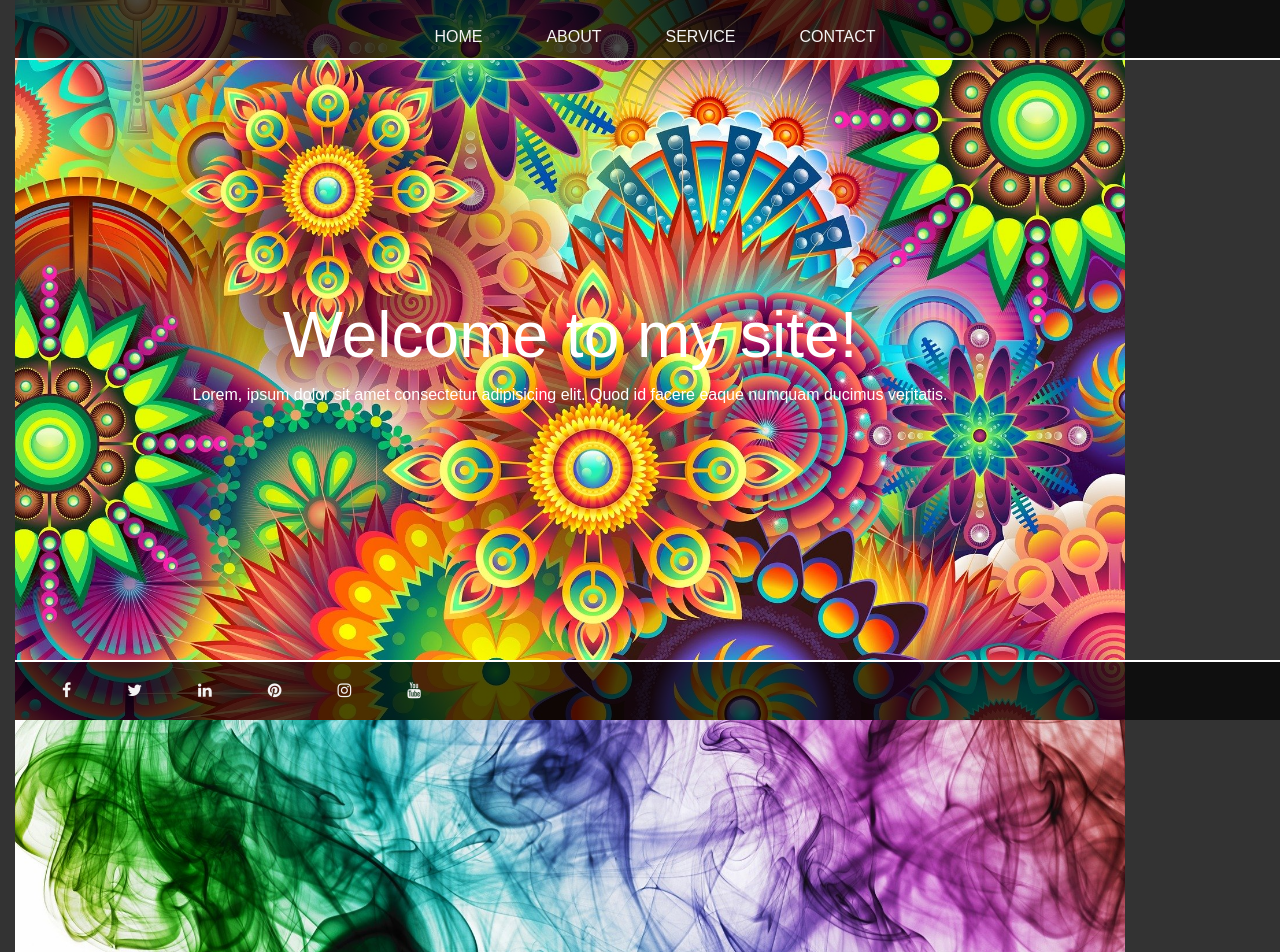
Repository: lemon-squeezy/milestone-project-1
Page: index.html
The author's editor kept a record of every edit. The page is drawn from the files as they stood at one moment, then again after the next edit.
The browser window is 1280 px wide. The pictures show the part of the page from y = 0 to 952 px (the page is 2880 px tall before and 720 px after).
An inner scrolling area shows only its first screen. Some web libraries are served in a nearby version.

Above is the page before.

### index.html
<!DOCTYPE html>
<html lang="en">
<head>
    <meta charset="UTF-8">
    <meta name="viewport" content="width=device-width, initial-scale=1.0">
    <title>Smooth Scroll Landing Page</title>
        <link rel="stylesheet" href="https://maxcdn.bootstrapcdn.com/bootstrap/4.2.1/css/bootstrap.min.css" type="text/css" />
    <link rel="stylesheet" href="https://maxcdn.bootstrapcdn.com/font-awesome/4.7.0/css/font-awesome.min.css" type="text/css" />
    <link rel="stylesheet" href="https://cdnjs.cloudflare.com/ajax/libs/hover.css/2.1.1/css/hover-min.css" type="text/css" />
    <link rel="stylesheet" href="style.css">
</head>
<body>
    <div class="row container no-gutters">
        <nav class="navbar col-12">
            <ul>
                <li><a href="#home">Home</a></li>
                <li><a href="#about">About</a></li>
                <li><a href="#service">Service</a></li>
                <li><a href="#contact">Contact</a></li>
            </ul>
        </nav>
        <section id="home"class="row no-gutters">
            <h1>Welcome to my site!</h1>
            <p>Lorem, ipsum dolor sit amet consectetur adipisicing elit. Quod id facere eaque numquam ducimus veritatis.</p>
        </section>
        <section id="about"class="row no-gutters">
            <h1>About!</h1>
            <p>Lorem, ipsum dolor sit amet consectetur adipisicing elit. Quod id facere eaque numquam ducimus veritatis.</p>
        </section>
        <section id="service"class="row no-gutters">
            <h1>Service</h1>
            <p>Lorem, ipsum dolor sit amet consectetur adipisicing elit. Quod id facere eaque numquam ducimus veritatis.</p>
        </section>
        <section id="contact"class="row no-gutters">
            <h1>Contact</h1>
            <p>Lorem, ipsum dolor sit amet consectetur adipisicing elit. Quod id facere eaque numquam ducimus veritatis.</p>
        </section>
        <footer class="footer">
            <div class="footerbar col-12">
            <ul class="list-inline social-links">
                    <li class="list-inline-item">
                        <a target="_blank" href="#">
                            <i class="fa fa-facebook" aria-hidden="true"></i>
                            <span class="sr-only">Facebook</span>
                        </a>
                    </li>
                    <li class="list-inline-item">
                        <a target="_blank" href="#">
                            <i class="fa fa-twitter" aria-hidden="true"></i>
                            <span class="sr-only">Twitter</span>
                        </a>
                    </li>
                    <li class="list-inline-item">
                        <a target="_blank" href="#">
                            <i class="fa fa-linkedin" aria-hidden="true"></i>
                            <span class="sr-only">LinkedIn</span>
                        </a>
                    </li>
                    <li class="list-inline-item">
                        <a target="_blank" href="#">
                            <i class="fa fa-pinterest" aria-hidden="true"></i>
                            <span class="sr-only">Pinterest</span>
                        </a>
                    </li>
                    <li class="list-inline-item">
                        <a target="_blank" href="#">
                            <i class="fa fa-instagram" aria-hidden="true"></i>
                            <span class="sr-only">Instagram</span>
                        </a>
                    </li>
                    <li class="list-inline-item">
                        <a target="_blank" href="#">
                            <i class="fa fa-youtube" aria-hidden="true"></i>
                            <span class="sr-only">YouTube</span>
                        </a>
                    </li>
                </ul>
        </nav>
        </footer>
    </div>

</body>
</html>

### style.css
* {
    margin: 0;
    padding: 0;
  }

  body {
    font-family: Arial, Helvetica, sans-serif;
    background: #333;
    color: #fff;
    height: 100vh;
    line-height: 1.6;
    overflow: hidden;
    margin: 0;
  }

  .container-fluid {
    width: 100%;
    height: 100%;
    /* CSS Smooth Scroll */
    overflow-y: scroll;
    scroll-behavior: smooth;
    scroll-snap-type: y mandatory;
    margin: 0;
    padding: 0;
  }

  .lead {
    font-size: 1.5rem;
  }
  .navbar {
    position: fixed;
    top: 0;
    z-index: 1;
    display: flex;
    width: 100%;
    height: 60px;
    background: rgba(0,0,0,0.7);
    border-bottom: 2px solid #FFF;
  }
  .navbar-brand {
    top: 0;
    left:0;
    position: relative;
    background: url(images/Logo.jpg);
    width: 47px;
    background-size: contain;
    background-repeat: no-repeat;
    border-radius: 5px;
}

  .navbar ul {
    display: flex;
    list-style: none;
    width: 100%;
    justify-content: center;
  }

  .navbar ul li {
    margin: 0 1rem;
    padding: 1rem;
  }

  .navbar ul li a {
    text-decoration: none;
    text-transform: uppercase;
    color: #f4f4f4;
  }

  .navbar ul li a:hover {
    color: skyblue;
  }

  section {
    display: flex;
    flex-direction: column;
    align-items: center;
    justify-content: center;
    text-align: center;
    width: 100%;
    height: 100vh;

    /* Scroll Snap */
    scroll-snap-align: center;
  }

  section h1 {
    font-size: 4rem;
  }

  /* Section Images */
  section#home {
    background: url('images/psychedelic.jpg') no-repeat center center/cover;;
  }

  section#about {
    background: url('images/colour-bg1.jpg') no-repeat center center/cover;;
  }

  section#service {
    background: url('images/colour-bg2.jpg') no-repeat center center/cover;;
  }

  section#contact {
    background: url('https://source.unsplash.com/2aAHlfDOhJM/1600x900') no-repeat center center/cover;;
  }

  footer {
    position: fixed;
    bottom: 0;
    z-index: 1;
    display: flex;
    width: 100%;
    height: 60px;
    background: rgba(0,0,0,0.7);
    border-top: 2px solid #FFF;
  }

    .footerbar ul {
    display: flex;
    list-style: none;
    width: 100%;
  }

  .footerbar ul li {
    margin: 0 1rem;
    padding: 1rem;
  }

  .footerbar ul li a {
    text-decoration: none;
    text-transform: uppercase;
    color: #f4f4f4;
  }

  .footerbar ul li a:hover {
    color: skyblue;
  }

After the next edit:
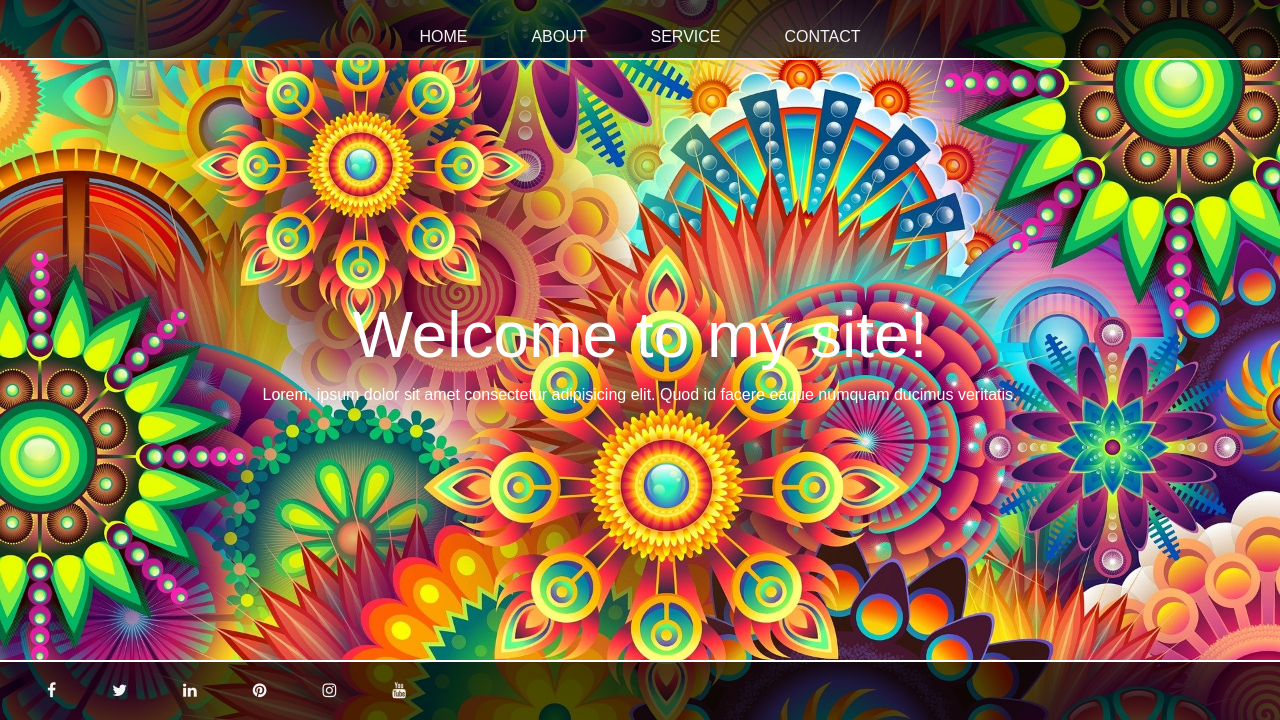
The edit:
--- a/index.html
+++ b/index.html
@@ -10,7 +10,7 @@
     <link rel="stylesheet" href="style.css">
 </head>
 <body>
-    <div class="row container no-gutters">
+    <div class="row container-fluid no-gutters">
         <nav class="navbar col-12">
             <ul>
                 <li><a href="#home">Home</a></li>
